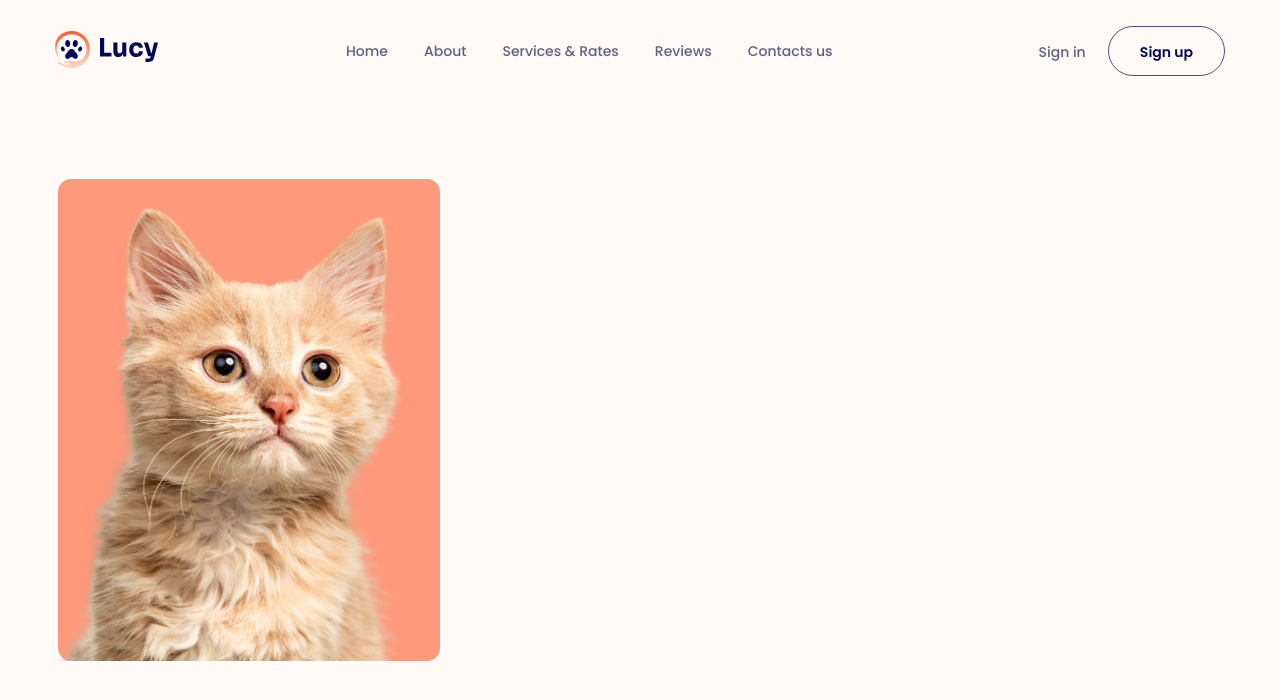
Repository: empty24062002/f8-project-05
Page: index.html
An editor plug-in stored every save of this project. The page is shown before and after the next save, followed by the edit.
The browser window is 1280 px wide. The pictures show the whole page.

Above is the page before, as saved 2023-09-09 17:23:50.

After the next save:
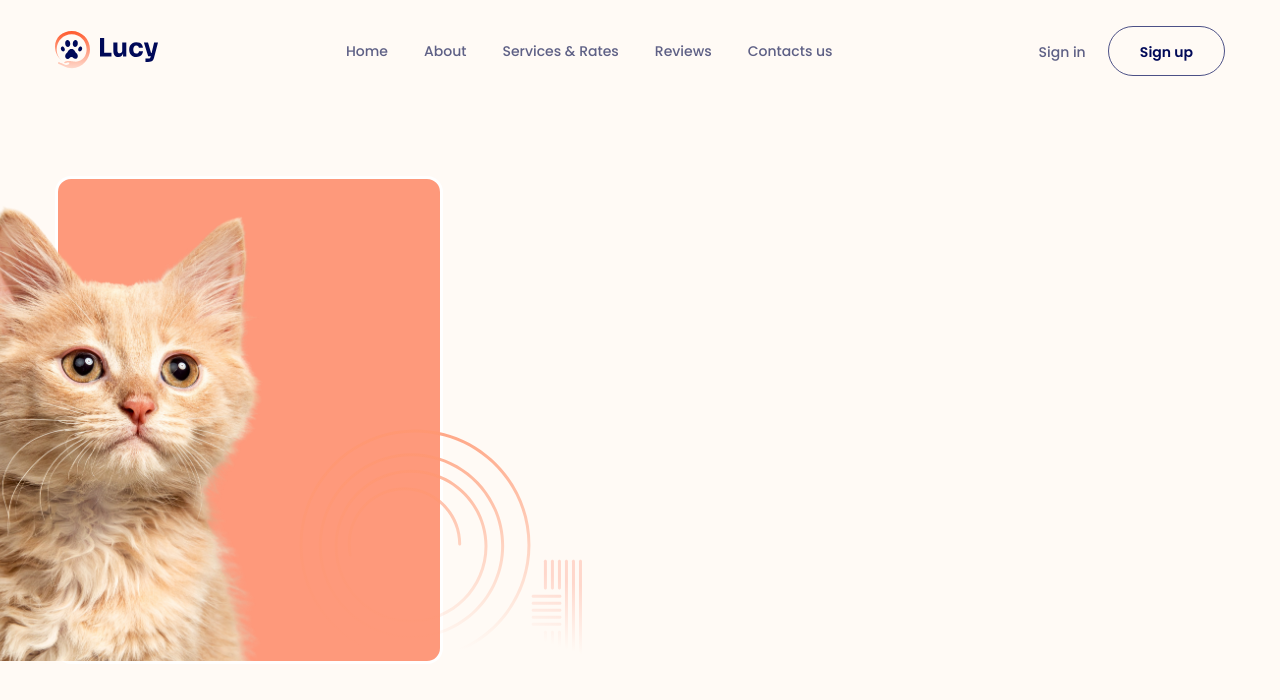
Saved 35 s later.
--- a/index.html
+++ b/index.html
@@ -152,7 +152,7 @@
                             />
 
                             <!-- Decorators -->
-                            <!-- <img
+                            <img
                                 src="./assets/img/decor__01.svg"
                                 alt=""
                                 class="hero__decor"
@@ -161,7 +161,7 @@
                                 src="./assets/img/decor__02.svg"
                                 alt=""
                                 class="hero__decor"
-                            /> -->
+                            />
                         </div>
                     </div>
                     <!-- hero content -->

After the save that followed:
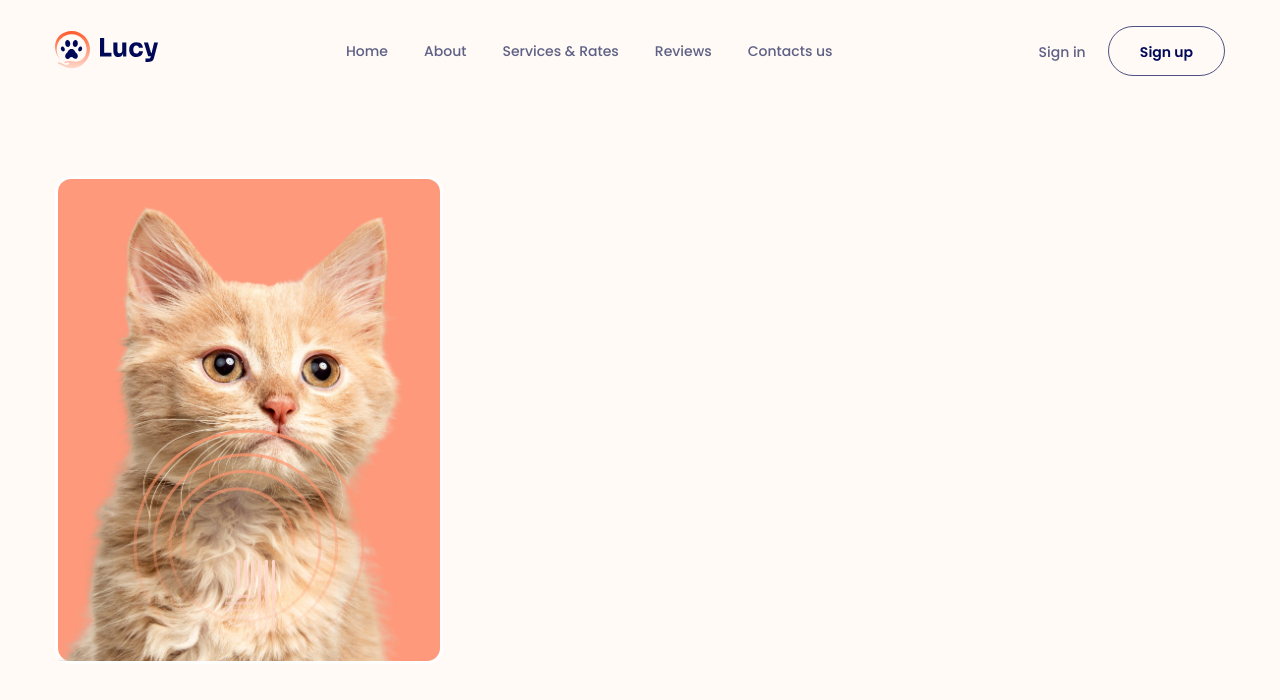
Saved 30 s later.
--- a/assets/css/styles.css
+++ b/assets/css/styles.css
@@ -107,6 +107,7 @@ a {
 }
 
 .hero__img-wrap {
+    position: relative;
     display: flex;
     justify-content: center;
     align-items: flex-end;
@@ -121,3 +122,7 @@ a {
     max-width: 100%;
     max-height: 100%;
 }
+
+.hero__decor {
+    position: absolute;
+}
